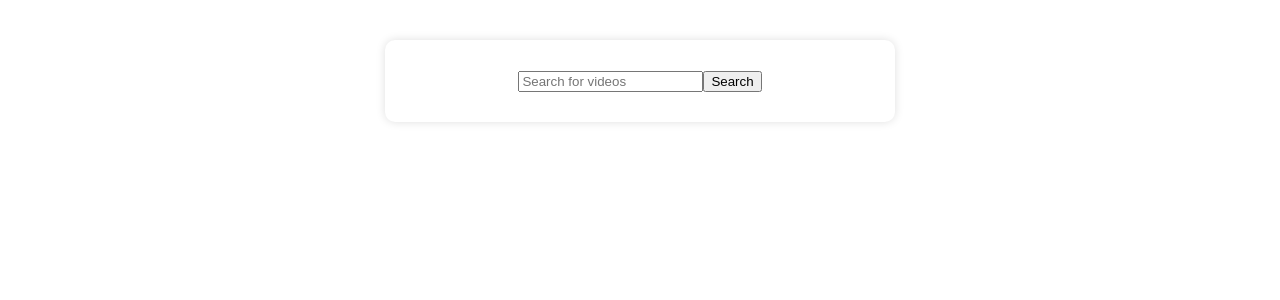
Repository: TeoVti/YouTube-Api-ReactJs
Page: /
The author's editor kept a copy of each file at every save. The page is drawn from the files as they stood at one save, then again after the next save.
The browser window is 1280 px wide. The pictures show the whole page.
The page's requests for data from a server got no answer. The project was rebuilt for these pictures with package versions that can differ from the ones it lists, and the page was loaded fresh each time. No one was signed in, and anything a server would have sent is missing. Also part of the build but not shown: src/components/style/video.css, src/components/VideoItem.js.

Above is the page before, as saved 2020-02-19 16:12:35.

After the next save:
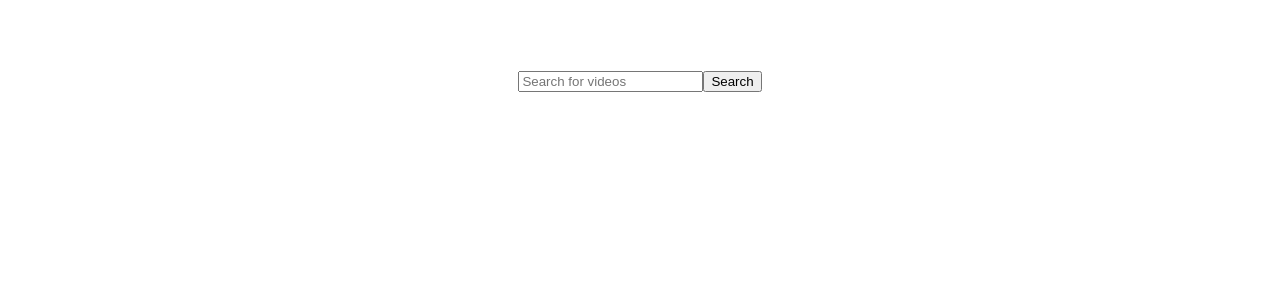
Saved 24 s later.
--- a/src/components/sch.css
+++ b/src/components/sch.css
@@ -5,9 +5,5 @@
   margin: 40px auto;
   background: #fff;
   border-radius: 10px;
-  -webkit-border-radius: 10px;
-  -moz-border-radius: 10px;
-  box-shadow: 0px 0px 10px rgba(0, 0, 0, 0.13);
-  -moz-box-shadow: 0px 0px 10px rgba(0, 0, 0, 0.13);
-  -webkit-box-shadow: 0px 0px 10px rgba(0, 0, 0, 0.13);
+
 }
